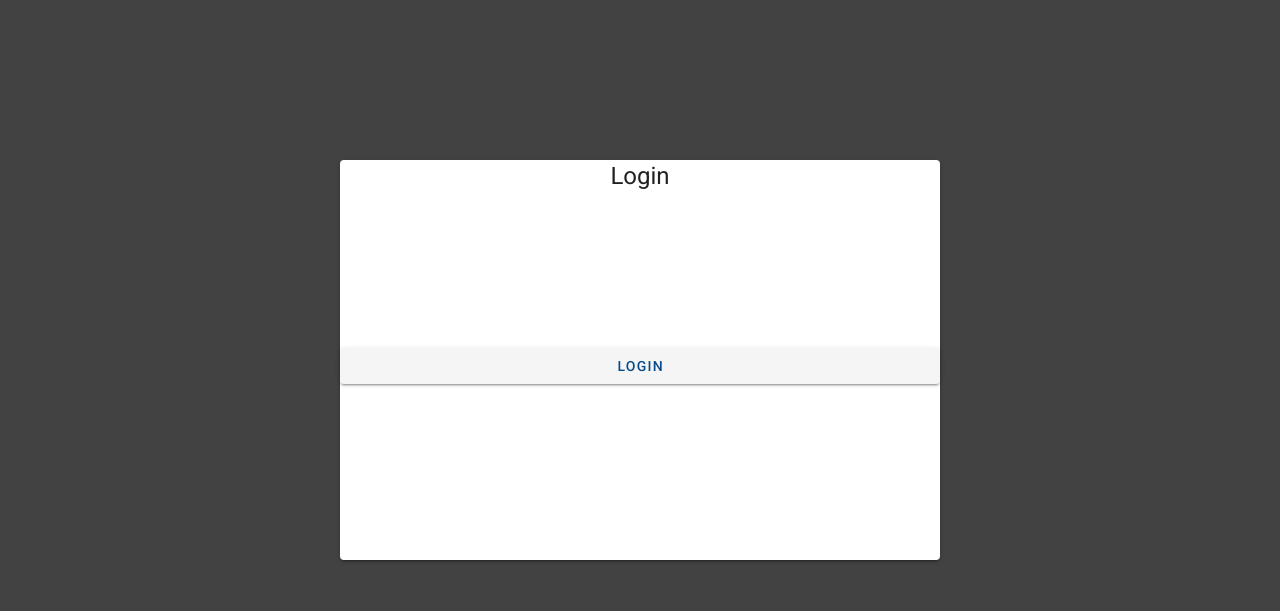
Repository: Grace229/Login
Page: /
An editor plug-in stored every save of this project. The page is shown before and after the next save, followed by the edit.
The browser window is 1280 px wide. The pictures show the whole page.
The project was rebuilt for these pictures with package versions that can differ from the ones it lists, and the page was loaded fresh each time. Also part of the build but not shown: vue.config.js. Imported but missing from the stored project, and not drawn on this page: src/views/About.vue.

Above is the page before, as saved 2021-02-15 16:42:14.

After the next save:
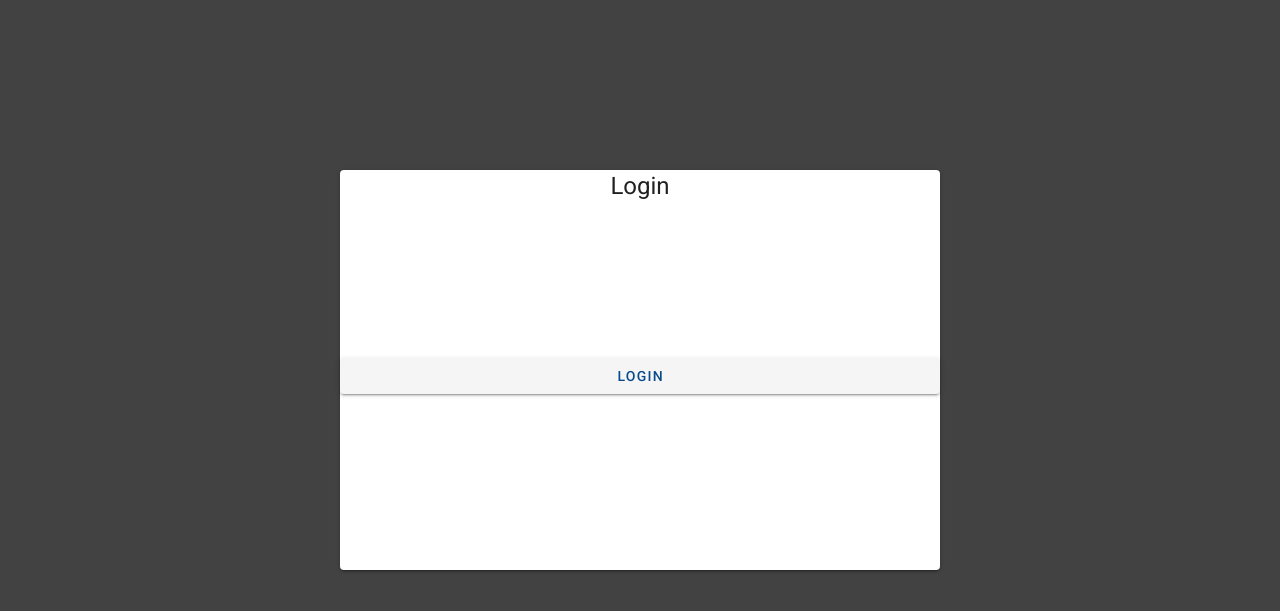
Saved 91 s later.
--- a/src/views/Home.vue
+++ b/src/views/Home.vue
@@ -6,7 +6,7 @@
     <v-container>
       <v-card class="mx-auto" max-width="600" height="400">
         <header>
-          <div class="headline text-center">
+          <div class="headline text-center mt-5">
             Login
           </div>
         </header>
